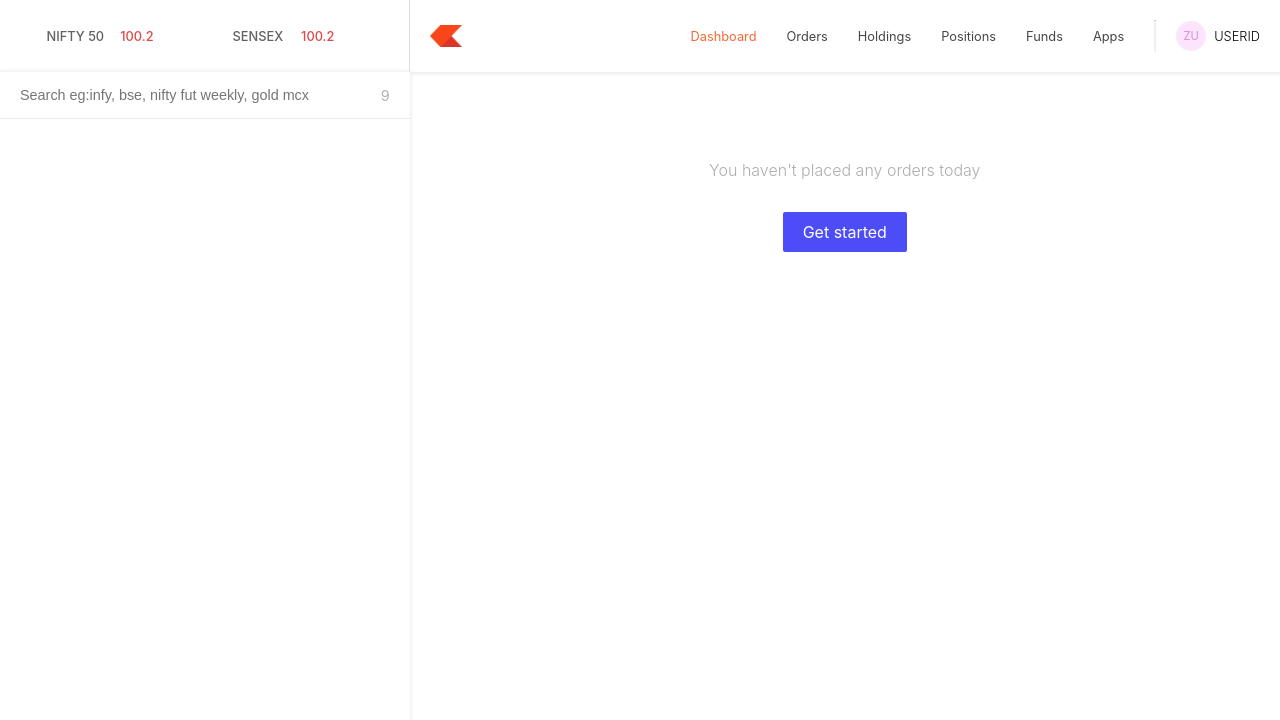
Repository: rushikesh-kolpe21/zerodha_4
Page: /orders (app in dashboard/)
The author's editor kept a copy of each file at every save. The page is drawn from the files as they stood at one save, then again after the next save.
The browser window is 1280 px wide. The pictures show the whole page.
An inner scrolling area shows only its first screen. The project was rebuilt for these pictures with package versions that can differ from the ones it lists, and the page was loaded fresh each time. Also part of the build but not shown: dashboard/vite.config.js, dashboard/src/components/Apps.jsx, dashboard/src/components/Funds.jsx, dashboard/src/components/Holdings.jsx, dashboard/src/components/Positions.jsx, dashboard/src/components/Summary.jsx.

Above is the page before, as saved 2025-03-25 11:53:54.

After the next save:
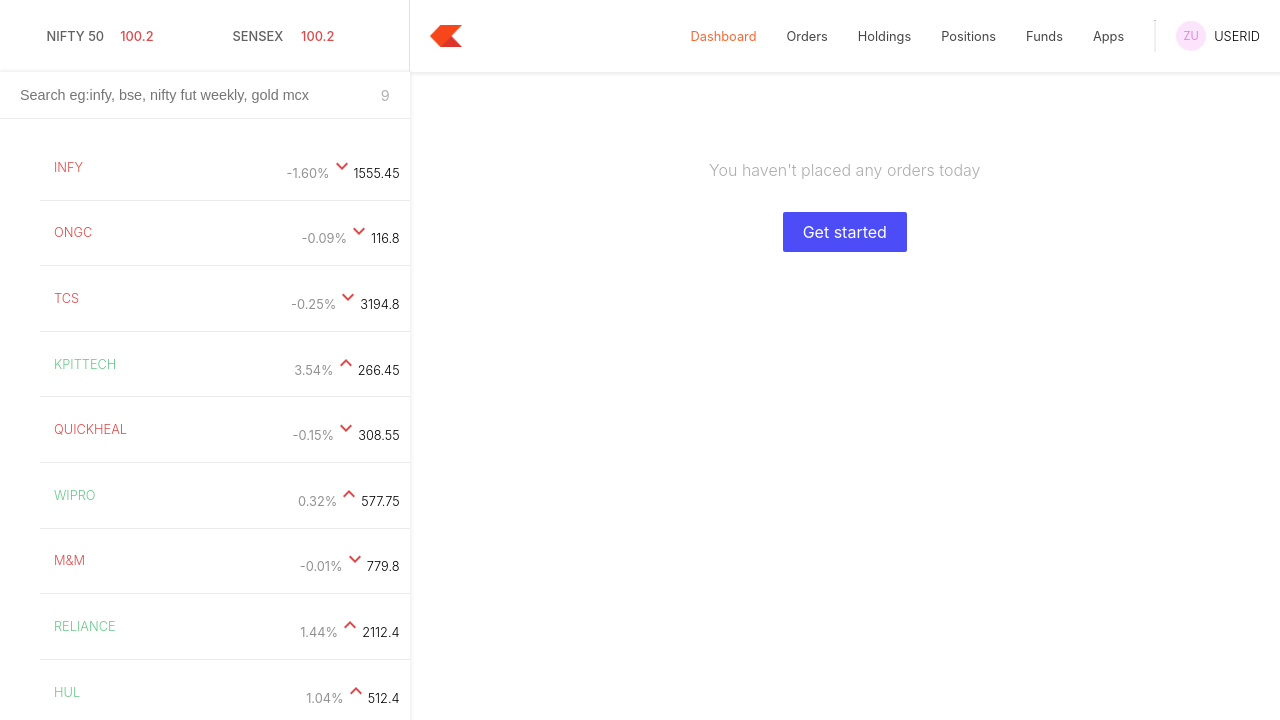
Saved 57 s later.
--- a/dashboard/src/components/WatchList.jsx
+++ b/dashboard/src/components/WatchList.jsx
@@ -21,8 +21,11 @@
 
       <ul className="list">
         {watchlist.map((stock, index) =>{
-          <WatchListItem stock={stock} key={index}/>
-        })}
+          return(
+            <WatchListItem stock={stock} key={index}/>
+
+          )
+           })}
       </ul>
     </div>
   );
